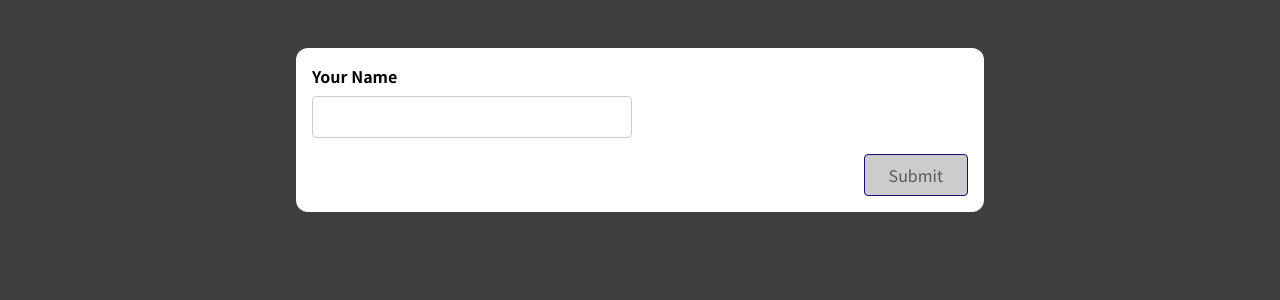
Repository: NamalPathirana/WorkingWithForms
Page: /
These files come from the project's save history. The page is drawn as it stood at one moment and after the next save; the edit follows.
The browser window is 1280 px wide. The pictures show the whole page.
The project was rebuilt for these pictures with package versions that can differ from the ones it lists, and the page was loaded fresh each time.

Above is the page before, as saved 2022-03-30 15:03:39.

After the next save:
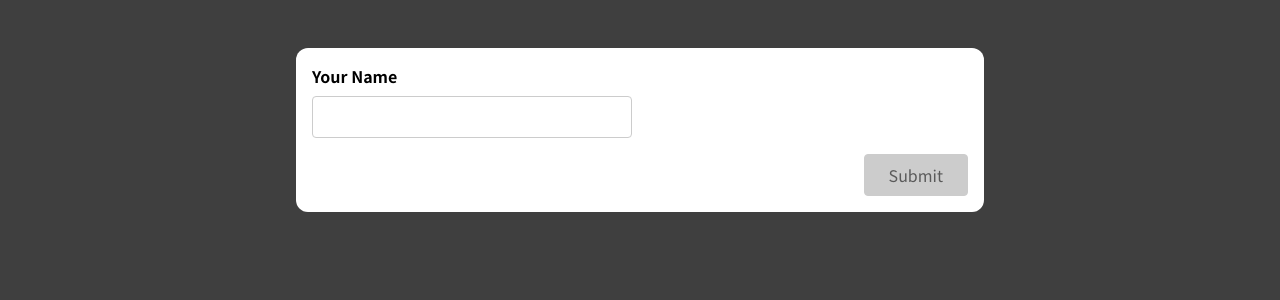
Saved 69 s later.
--- a/src/index.css
+++ b/src/index.css
@@ -78,6 +78,8 @@ button:disabled:hover,
 button:disabled:active{
   color:rgb(90, 90, 90);
   background-color: #ccc;
+  border-color: #ccc;
+  cursor:not-allowed;
 }
 
 button:hover,
